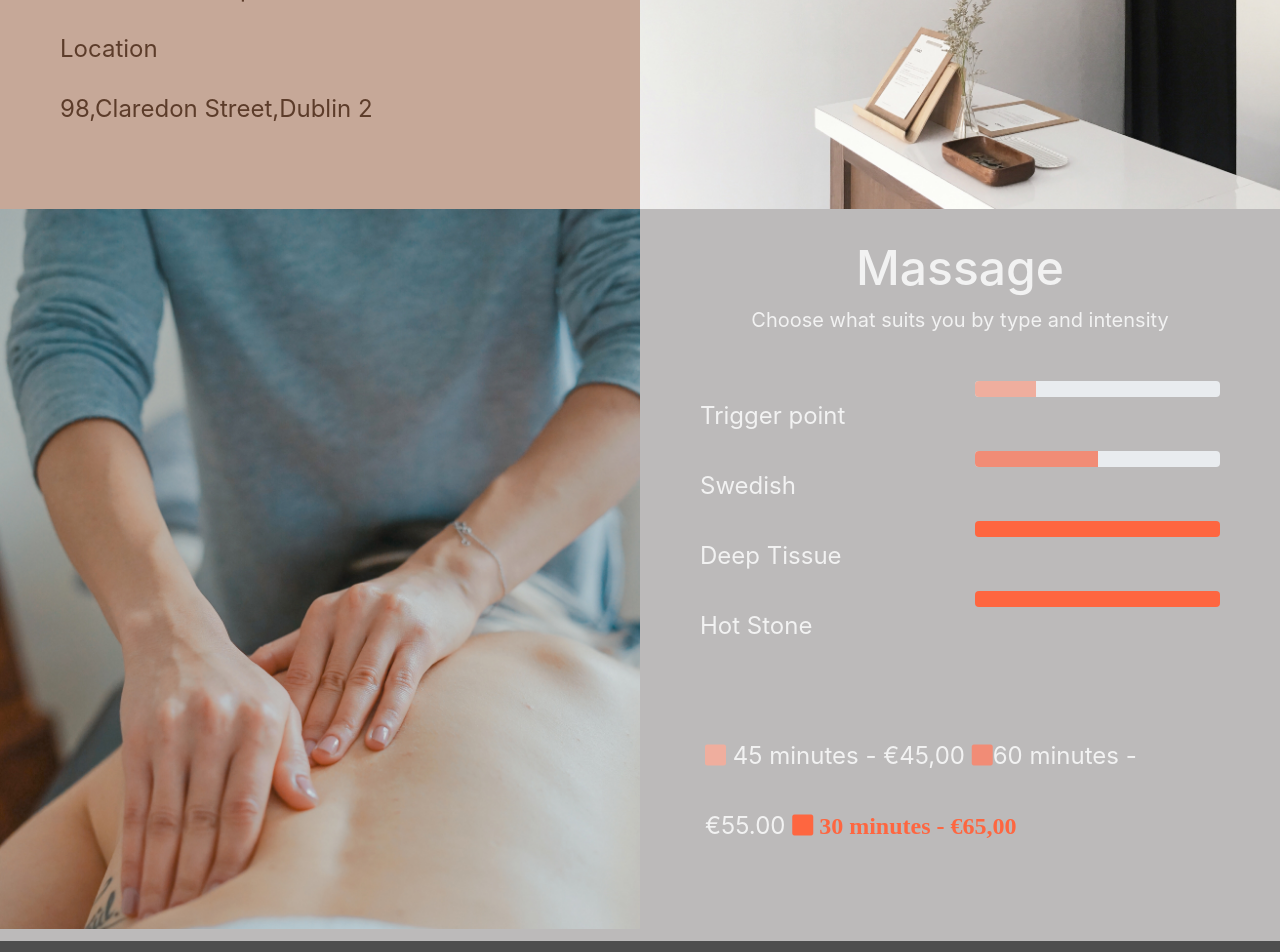
Repository: Code-Institute-Submissions/spa-website
Page: index.html
The author's editor kept a record of every edit. The page is drawn from the files as they stood at one moment, then again after the next edit.
The browser window is 1280 px wide. The pictures show the part of the page from y = 1231 to 2183 px (the page is 4951 px tall before and 5021 px after).
Pictures or frames that could not be fetched are drawn as grey boxes. An inner scrolling area shows only its first screen. Backgrounds fixed to the window are drawn as part of the page. Some web libraries are served in a nearby version.

Above is the page before.

After the next edit:
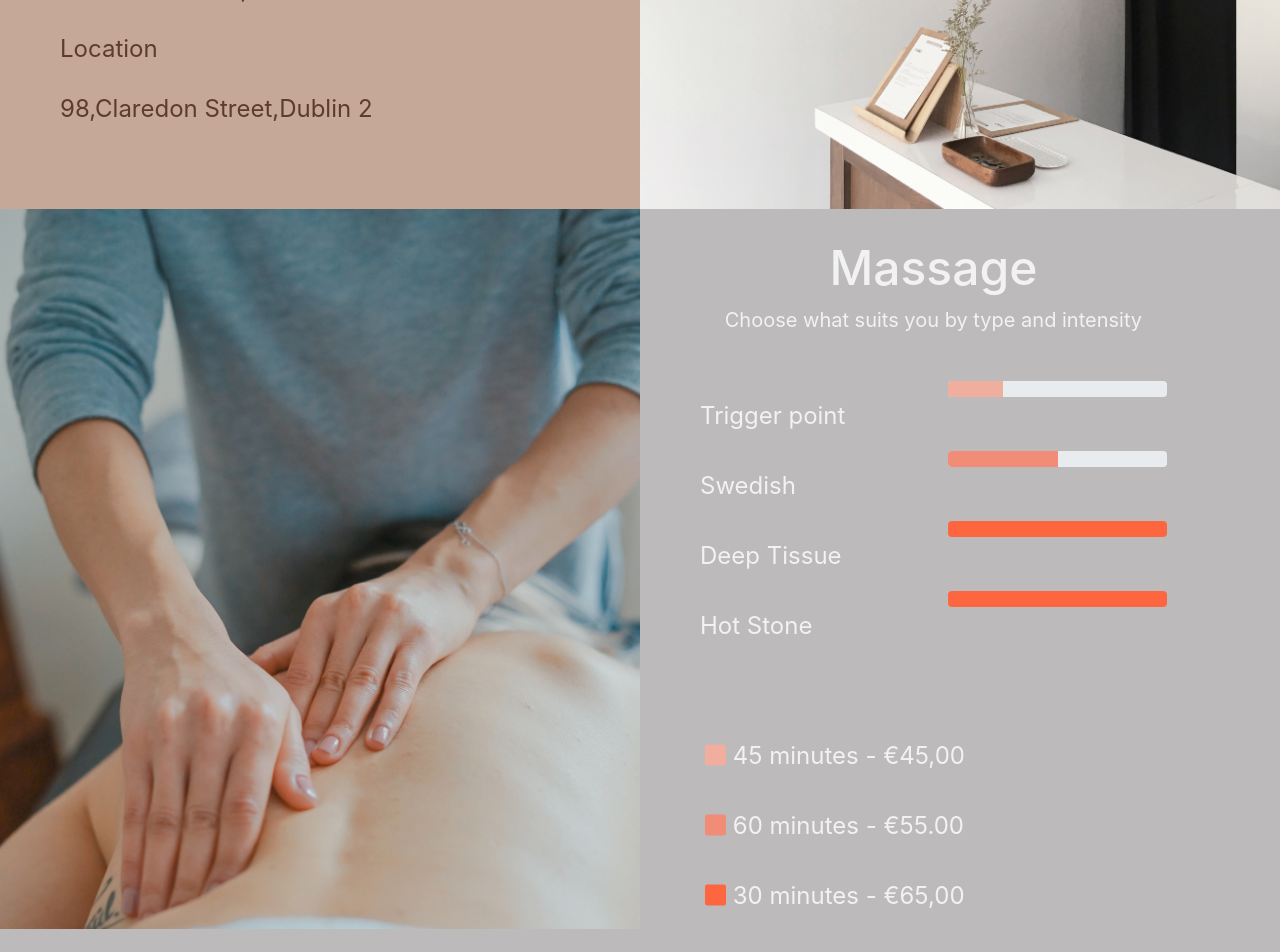
The edit:
--- a/index.html
+++ b/index.html
@@ -161,9 +161,9 @@
               <div class="circles">
                 <div class="row">
                   <div class="col-12">
-                    <span><i class="fas fa-square" id="low-square"></i> 45 minutes - €45,00 </span>
-                    <span><i class="fas fa-square" id="medium-square"></i>60 minutes - €55.00</span>
-                    <span><i class="fas fa-square" id="high-square"> 30 minutes - €65,00</i></span>
+                    <span><i class="fas fa-square" id="low-square"></i> 45 minutes - €45,00</span><br>
+                    <span><i class="fas fa-square" id="medium-square"></i> 60 minutes - €55.00</span><br>
+                    <span><i class="fas fa-square" id="high-square"></i> 30 minutes - €65,00</i></span>
                   </div>
                 </div>
               </div>
